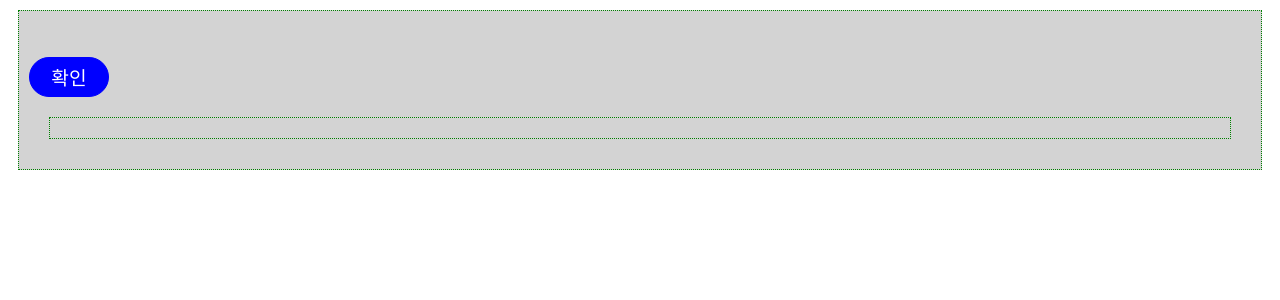
Repository: JJaeHwan/HTML
Page: jquerypro/WebContent/lprod_prod/lprod_prod.html
An editor plug-in stored every save of this project. The page is shown before and after the next save, followed by the edit.
The browser window is 1280 px wide. The pictures show the whole page.

Above is the page before, as saved 2023-01-19 07:12:38.

### jquerypro/WebContent/lprod_prod/lprod_prod.html
<!DOCTYPE html>
<html>
<head>
<meta charset="UTF-8">
<title>Insert title here</title>
<link rel="stylesheet" href="../css/public.css">
<script src="../js/jquery-3.6.3.min.js" type="text/javascript"></script>
</head>
<body>


<div class="box">
	<br><br>
	<input type="button" value="확인" id="btn1">
	<br>

	<div id="res1"></div>
</div>
</body>
</html>

### jquerypro/WebContent/css/public.css
@charset "UTF-8";

pre{

	font-size: 1.5em;
	border: 5px double blue;
	border-left : none;
	border-right: none;
	padding: 10px;
	background-color: skyblue;

}

  .box{
  	margin: 10px;
  	padding: 10px;
  	border: 1px dotted green;
  	background-color: lightgray;

  }
  .box div{
  	/* height: 100px; */
  	padding: 10px;
  	margin: 20px;
  	border: 1px dotted green;
  }
  input[type=button]{
  	width: 80px;
  	height: 40px;
  	background: blue;
  	color: white;
  	font-size: 1.2em;
  	border-radius: 20px;
  	border : 1px solid blue;
  }

Loaded but not shown: jquerypro/WebContent/js/jquery-3.6.3.min.js (library)

After the next save:
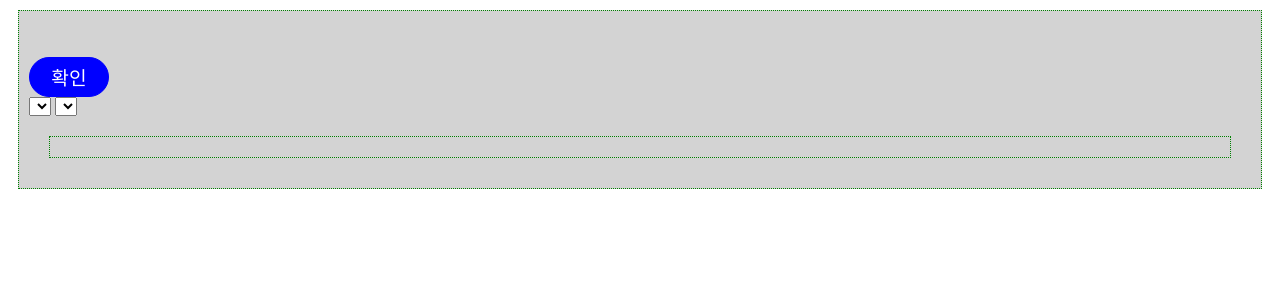
Saved 5 min 27 s later.
--- a/jquerypro/WebContent/lprod_prod/lprod_prod.html
+++ b/jquerypro/WebContent/lprod_prod/lprod_prod.html
@@ -5,6 +5,22 @@
 <title>Insert title here</title>
 <link rel="stylesheet" href="../css/public.css">
 <script src="../js/jquery-3.6.3.min.js" type="text/javascript"></script>
+
+<script type="text/javascript">
+	$(function() {
+		$('#btn1').on('click', function() {
+
+			$.ajax({
+				url : 'http://localhost/jquerypro/lprodList.do',
+
+			})
+
+		})
+
+	})
+
+</script>
+
 </head>
 <body>
 
@@ -13,6 +29,12 @@
 	<br><br>
 	<input type="button" value="확인" id="btn1">
 	<br>
+	<select id="lprod"></select>
+
+	<select id="prod"></select>
+
+
+
 
 	<div id="res1"></div>
 </div>
